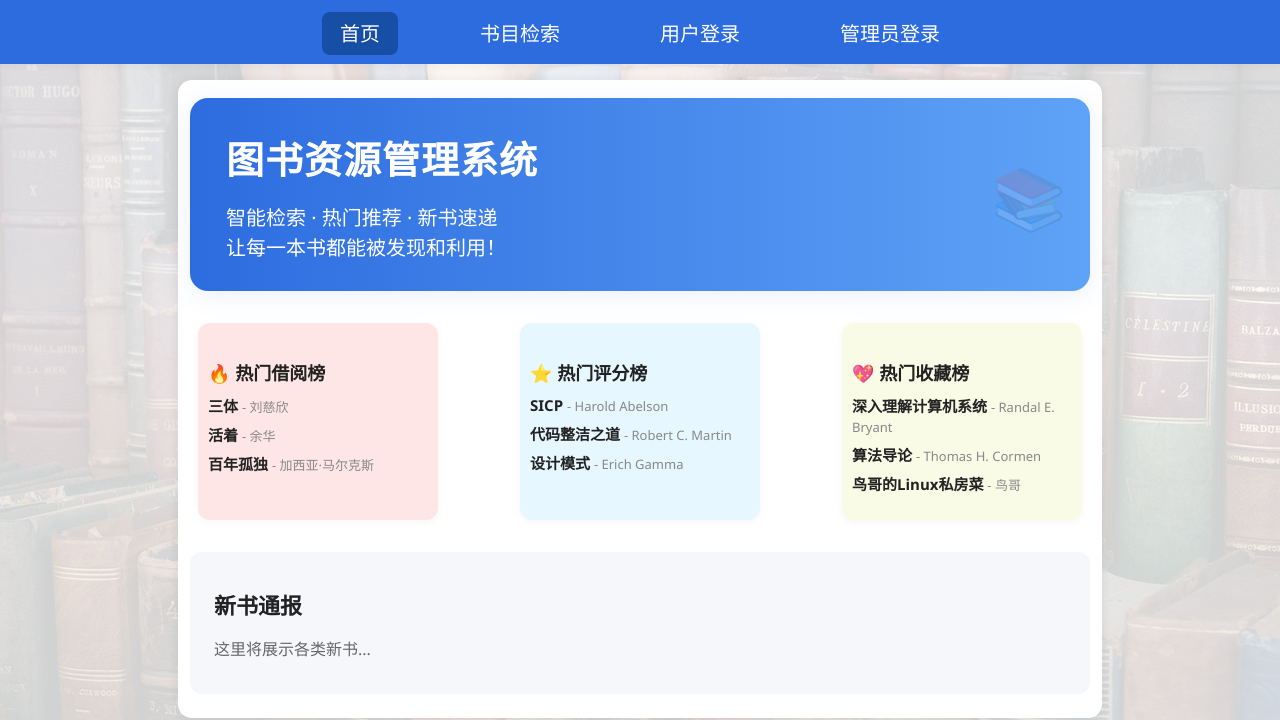
Repository: MercuryRandom/Library-Resource-Management-System
Page: / (app in frontend/)
An editor plug-in stored every save of this project. The page is shown before and after the next save, followed by the edit.
The browser window is 1280 px wide. The pictures show the whole page.
The page's requests for data from a server got no answer. The project was rebuilt for these pictures with package versions that can differ from the ones it lists, and the page was loaded fresh each time. No one was signed in, and anything a server would have sent is missing. Also part of the build but not shown: frontend/vite.config.js, frontend/src/pages/SearchPage.jsx, frontend/src/pages/LoginPage.jsx, frontend/src/pages/RegisterPage.jsx, frontend/src/pages/UserLibraryPage.jsx, frontend/src/pages/AdminLoginPage.jsx, frontend/src/pages/admin/ReaderManagementPage.jsx, frontend/src/pages/admin/BookManagementPage.jsx and 1 more.

Above is the page before, as saved 2025-06-27 20:38:20.

### frontend/index.html
<!DOCTYPE html>
<html lang="zh-CN">

<head>
  <meta charset="UTF-8" />
  <link rel="icon" type="image/svg+xml" href="/vite.svg" />
  <meta name="viewport" content="width=device-width, initial-scale=1.0" />
  <title>图书管理系统</title>
</head>

<body>
  <div id="root"></div>
  <script type="module" src="/src/main.jsx"></script>
</body>

</html>

### frontend/src/App.jsx
import { BrowserRouter as Router, Routes, Route, useNavigate } from 'react-router-dom';
import MainLayout from './layout/MainLayout';
import HomePage from './pages/HomePage';
import SearchPage from './pages/SearchPage';
import LoginPage from './pages/LoginPage';
import RegisterPage from './pages/RegisterPage';
import UserLibraryPage from './pages/UserLibraryPage';
import AdminLoginPage from './pages/AdminLoginPage';
import AdminPage from './pages/AdminPage';
import ReaderManagementPage from './pages/admin/ReaderManagementPage';
import BookManagementPage from './pages/admin/BookManagementPage';
import BorrowManagementPage from './pages/admin/BorrowManagementPage';
import './App.css';

function App() {
  return (
    <Router>
      <Routes>
        <Route path="/" element={<MainLayout />}>
          <Route index element={<HomePage />} />
          <Route path="search" element={<SearchPage />} />
          <Route path="login" element={<LoginPage />} />
          <Route path="register" element={<RegisterPage />} />
          <Route path="library" element={<UserLibraryPage />} />
          <Route path="admin-login" element={<AdminLoginPage />} />
          <Route path="admin" element={<AdminPage />}>
            <Route path="readers" element={<ReaderManagementPage />} />
            <Route path="books" element={<BookManagementPage />} />
            <Route path="borrowing" element={<BorrowManagementPage />} />
          </Route>
        </Route>
      </Routes>
    </Router>
  );
}

export default App;

### frontend/src/layout/MainLayout.jsx
import React from 'react';
import { Outlet, NavLink } from 'react-router-dom';

const MainLayout = () => {
  return (
    <div>
      <nav>
        <ul>
          <li>
            <NavLink to="/" end className={({ isActive }) => isActive ? 'active' : ''}>首页</NavLink>
          </li>
          <li>
            <NavLink to="/search" className={({ isActive }) => isActive ? 'active' : ''}>书目检索</NavLink>
          </li>
          <li>
            <NavLink to="/login" className={({ isActive }) => isActive ? 'active' : ''}>用户登录</NavLink>
          </li>
          <li>
            <NavLink to="/admin-login" className={({ isActive }) => isActive ? 'active' : ''}>管理员登录</NavLink>
          </li>
        </ul>
      </nav>
      <hr style={{ border: 'none', margin: 0 }} />
      <main>
        <Outlet />
      </main>
    </div>
  );
};

export default MainLayout;

### frontend/src/pages/HomePage.jsx
import React from 'react';

const HomePage = () => {
  // 假设这些是-从后端获取的数据
  const popularBorrowings = [
    { id: 1, title: '三体', author: '刘慈欣' },
    { id: 2, title: '活着', author: '余华' },
    { id: 3, title: '百年孤独', author: '加西亚·马尔克斯' },
  ];

  const popularRatings = [
    { id: 1, title: 'SICP', author: 'Harold Abelson' },
    { id: 2, title: '代码整洁之道', author: 'Robert C. Martin' },
    { id: 3, title: '设计模式', author: 'Erich Gamma' },
  ];

  const popularCollections = [
    { id: 1, title: '深入理解计算机系统', author: 'Randal E. Bryant' },
    { id: 2, title: '算法导论', author: 'Thomas H. Cormen' },
    { id: 3, title: '鸟哥的Linux私房菜', author: '鸟哥' },
  ];

  return (
    <div style={{ maxWidth: 900, margin: '0 auto' }}>
      <div style={{
        background: 'linear-gradient(90deg, #2d6cdf 0%, #5ea3f7 100%)',
        color: '#fff',
        borderRadius: '18px',
        padding: '32px 24px 28px 36px',
        marginBottom: 32,
        boxShadow: '0 4px 24px rgba(45,108,223,0.10)',
        display: 'flex',
        alignItems: 'center',
        gap: 24
      }}>
        <div style={{ flex: 1 }}>
          <h1 style={{ fontSize: 38, fontWeight: 800, margin: 0, letterSpacing: 1 }}>图书资源管理系统</h1>
          <p style={{ fontSize: 20, margin: '18px 0 0 0', lineHeight: 1.5 }}>
            智能检索 · 热门推荐 · 新书速递<br />
            让每一本书都能被发现和利用！
          </p>
        </div>
        <div style={{ fontSize: 60, opacity: 0.13, userSelect: 'none' }}>📚</div>
      </div>

      <div style={{ display: 'flex', justifyContent: 'space-between', gap: 18, marginBottom: 32 }}>
        <RecommendationList title="热门借阅榜" icon="🔥" books={popularBorrowings} color="#ffe6e6" />
        <RecommendationList title="热门评分榜" icon="⭐" books={popularRatings} color="#e6f7ff" />
        <RecommendationList title="热门收藏榜" icon="💖" books={popularCollections} color="#f9fbe7" />
      </div>

      <div style={{ marginTop: '24px', background: '#f5f7fb', borderRadius: 12, padding: '18px 24px' }}>
        <h2 style={{ fontSize: 22, marginBottom: 10 }}>新书通报</h2>
        <p style={{ color: '#666', fontSize: 16 }}>这里将展示各类新书...</p>
      </div>
    </div>
  );
};

// 一个可重用的列表组件
const RecommendationList = ({ title, icon, books, color }) => (
  <div className="card-hover" style={{ background: color, borderRadius: 12, padding: '18px 10px', width: '32%', boxShadow: '0 2px 8px rgba(0,0,0,0.04)', transition: 'box-shadow 0.25s, transform 0.25s', minWidth: 0 }}>
    <h3 style={{ fontSize: 18, marginBottom: 10 }}>{icon} {title}</h3>
    <ul style={{ padding: 0, margin: 0, listStyle: 'none', fontSize: 15 }}>
      {books.map(book => (
        <li key={book.id} style={{ marginBottom: 8 }}>
          <strong>{book.title}</strong> <span style={{ color: '#888', fontSize: 13 }}>- {book.author}</span>
        </li>
      ))}
    </ul>
  </div>
);

export default HomePage;

### frontend/src/pages/AdminPage.jsx
import React, { useState } from 'react';
import { useNavigate, Outlet } from 'react-router-dom';

const adminFeatures = [
  { key: 'readers', path: 'readers', title: '读者管理', desc: '添加、修改、删除读者信息', icon: '👤' },
  { key: 'books', path: 'books', title: '图书管理', desc: '添加、修改、删除书目信息', icon: '📚' },
  { key: 'borrowing', path: 'borrowing', title: '借还管理', desc: '借书和还书操作', icon: '🔄' },
];

const featureContent = {
  readers: <div style={{ fontSize: 16, marginTop: 16 }}>这里是读者管理功能（示例内容）。</div>,
  books: <div style={{ fontSize: 16, marginTop: 16 }}>这里是图书管理功能（示例内容）。</div>,
  borrowing: <div style={{ fontSize: 16, marginTop: 16 }}>这里是借还管理功能（示例内容）。</div>,
};

const AdminPage = () => {
  const [selected, setSelected] = useState('readers');
  const navigate = useNavigate();
  return (
    <div style={{ maxWidth: 900, margin: '0 auto' }}>
      <h2 style={{ fontSize: 24, marginBottom: 18, textAlign: 'center' }}>管理员功能</h2>
      <div style={{ display: 'flex', justifyContent: 'space-between', gap: 18, marginBottom: 18 }}>
        {adminFeatures.map(f => (
          <div
            key={f.key}
            className="card-hover"
            style={{ flex: 1, background: selected === f.key ? '#e3eafc' : '#f5f7fb', borderRadius: 12, boxShadow: '0 2px 8px rgba(0,0,0,0.04)', padding: '18px 8px', textAlign: 'center', minWidth: 0, maxWidth: 220, margin: '0 8px', cursor: 'pointer', fontSize: 15, border: selected === f.key ? '2px solid #2d6cdf' : '2px solid transparent', fontWeight: 600, transition: 'all 0.2s' }}
            onClick={() => { setSelected(f.key); navigate(f.path); }}
          >
            <div style={{ fontSize: 28, marginBottom: 10 }}>{f.icon}</div>
            <div style={{ fontSize: 16, fontWeight: 700, marginBottom: 6 }}>{f.title}</div>
            <div style={{ color: '#666', fontSize: 13 }}>{f.desc}</div>
          </div>
        ))}
      </div>
      <div>{featureContent[selected]}</div>
      <div style={{ marginTop: 18 }}>
        <Outlet />
      </div>
    </div>
  );
};

export default AdminPage;

### frontend/src/App.css
body {
  margin: 0;
  padding: 0;
  font-family: 'Segoe UI', 'Arial', sans-serif;
  background: url('/image.png') no-repeat center center fixed;
  background-size: cover;
  color: #222;
  font-size: 18px;
  position: relative;
}

body::before {
  content: '';
  position: fixed;
  left: 0;
  top: 0;
  right: 0;
  bottom: 0;
  background: rgba(255, 255, 255, 0.82);
  /* 可调整透明度和颜色 */
  z-index: 0;
  pointer-events: none;
}

#root {
  min-height: 100vh;
  display: flex;
  flex-direction: column;
  position: relative;
  z-index: 1;
}

nav {
  background: #2d6cdf;
  padding: 0 0;
  box-shadow: 0 2px 8px rgba(0, 0, 0, 0.04);
}

nav ul {
  display: flex;
  justify-content: center;
  align-items: center;
  margin: 0;
  padding: 0;
  list-style: none;
  height: 64px;
}

nav ul li {
  margin: 0 32px;
}

nav ul li a {
  color: #fff;
  text-decoration: none;
  font-size: 20px;
  font-weight: 500;
  padding: 8px 18px;
  border-radius: 8px;
  transition: background 0.2s;
}

nav ul li a:hover,
nav ul li a.active {
  background: #174ea6;
}

main {
  flex: 1;
  max-width: 900px;
  margin: 16px auto 0 auto;
  background: #fff;
  border-radius: 14px;
  box-shadow: 0 2px 12px rgba(0, 0, 0, 0.08);
  padding: 18px 12px 24px 12px;
  font-size: 1em;
}

/* 登录/注册卡片样式 */
.form-card {
  max-width: 320px;
  margin: 24px auto;
  padding: 18px 12px 12px 12px;
  background: #f5f7fb;
  border-radius: 10px;
  box-shadow: 0 2px 16px rgba(0, 0, 0, 0.08);
}

.form-card h2 {
  text-align: center;
  margin-bottom: 14px;
  font-size: 1.3em;
}

.form-card label {
  font-size: 1em;
  margin-bottom: 8px;
}

.form-card input,
.form-card select {
  width: 100%;
  padding: 7px;
  font-size: 1em;
  border: 1px solid #bfc8e0;
  border-radius: 5px;
  margin-bottom: 10px;
  background: #fff;
  box-sizing: border-box;
}

.form-card button {
  width: 100%;
  padding: 8px;
  font-size: 1em;
  background: #2d6cdf;
  color: #fff;
  border: none;
  border-radius: 5px;
  margin-top: 8px;
  cursor: pointer;
  transition: background 0.2s;
}

.form-card button:hover {
  background: #174ea6;
}

.form-card .form-link {
  display: block;
  text-align: right;
  margin-top: 12px;
  color: #2d6cdf;
  text-decoration: underline;
  cursor: pointer;
  font-size: 1em;
}

@media (max-width: 900px) {
  main {
    max-width: 98vw;
    padding: 8px 2vw;
  }

  nav ul li {
    margin: 0 8px;
  }

  nav ul li a {
    font-size: 16px;
    padding: 6px 8px;
  }

  .form-card {
    padding: 8px 2px 8px 2px;
  }
}

.logo {
  height: 6em;
  padding: 1.5em;
  will-change: filter;
  transition: filter 300ms;
}

.logo:hover {
  filter: drop-shadow(0 0 2em #646cffaa);
}

.logo.react:hover {
  filter: drop-shadow(0 0 2em #61dafbaa);
}

@keyframes logo-spin {
  from {
    transform: rotate(0deg);
  }

  to {
    transform: rotate(360deg);
  }
}

@media (prefers-reduced-motion: no-preference) {
  a:nth-of-type(2) .logo {
    animation: logo-spin infinite 20s linear;
  }
}

.card {
  padding: 2em;
}

.read-the-docs {
  color: #888;
}

.card-hover {
  transition: box-shadow 0.25s, transform 0.25s;
  box-shadow: 0 2px 12px rgba(0, 0, 0, 0.04);
  font-size: 0.95em;
  padding: 14px 6px;
  border-radius: 10px;
  min-width: 160px;
  max-width: 220px;
  margin: 0 8px;
}

.card-hover:hover {
  box-shadow: 0 8px 32px rgba(45, 108, 223, 0.18);
  transform: translateY(-10px) scale(1.03);
  z-index: 2;
}

Loaded but not shown: frontend/src/main.jsx (common file)

After the next save:
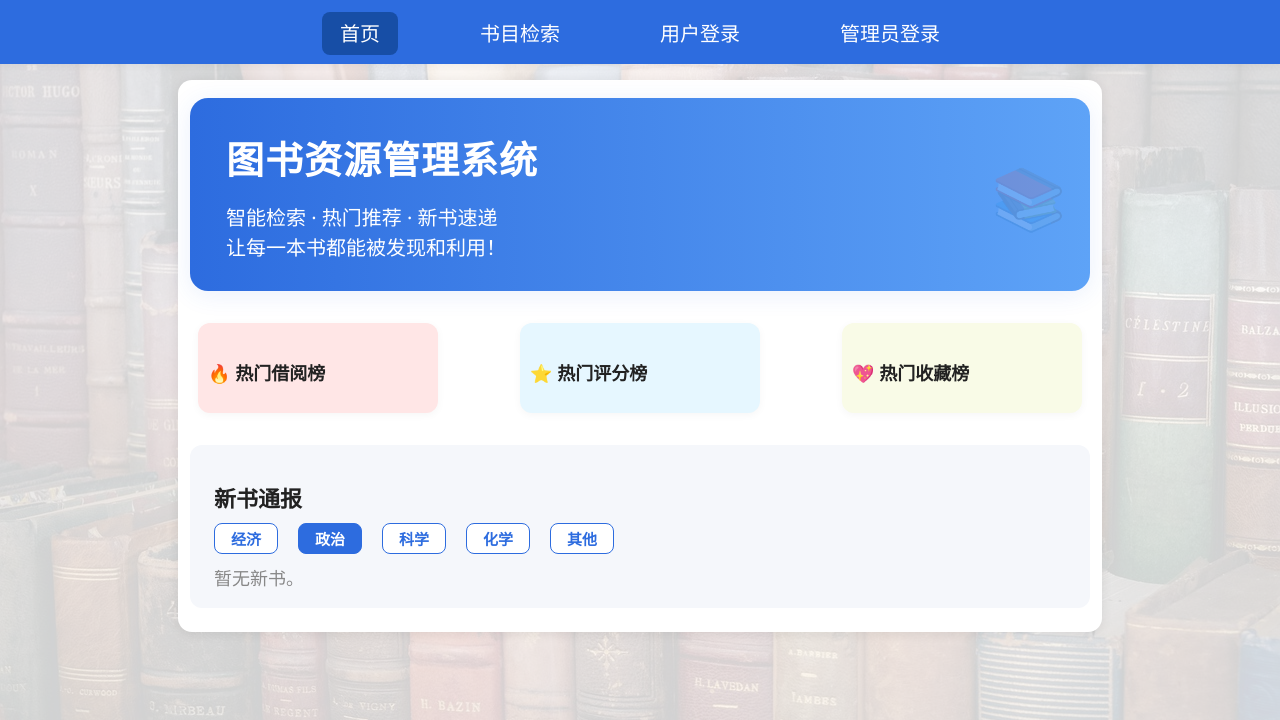
Saved 8 s later.
--- a/frontend/src/pages/HomePage.jsx
+++ b/frontend/src/pages/HomePage.jsx
@@ -1,24 +1,39 @@
-import React from 'react';
+import React, { useEffect, useState, useRef } from 'react';
+
+const CATEGORY_LABELS = {
+  '经济': '经济',
+  '政治': '政治',
+  '科学': '科学',
+  '化学': '化学',
+  '其他': '其他',
+};
 
 const HomePage = () => {
-  // 假设这些是-从后端获取的数据
-  const popularBorrowings = [
-    { id: 1, title: '三体', author: '刘慈欣' },
-    { id: 2, title: '活着', author: '余华' },
-    { id: 3, title: '百年孤独', author: '加西亚·马尔克斯' },
-  ];
+  const [popularBorrow, setPopularBorrow] = useState([]);
+  const [popularRating, setPopularRating] = useState([]);
+  const [popularCollect, setPopularCollect] = useState([]);
+  const [newBooks, setNewBooks] = useState({});
+  const [category, setCategory] = useState('经济');
+  const timerRef = useRef();
 
-  const popularRatings = [
-    { id: 1, title: 'SICP', author: 'Harold Abelson' },
-    { id: 2, title: '代码整洁之道', author: 'Robert C. Martin' },
-    { id: 3, title: '设计模式', author: 'Erich Gamma' },
-  ];
+  useEffect(() => {
+    fetch('http://localhost:4001/api/recommend/popular-borrow').then(r => r.json()).then(setPopularBorrow);
+    fetch('http://localhost:4001/api/recommend/popular-rating').then(r => r.json()).then(setPopularRating);
+    fetch('http://localhost:4001/api/recommend/popular-collect').then(r => r.json()).then(setPopularCollect);
+    fetch('http://localhost:4001/api/recommend/new-books').then(r => r.json()).then(setNewBooks);
+  }, []);
 
-  const popularCollections = [
-    { id: 1, title: '深入理解计算机系统', author: 'Randal E. Bryant' },
-    { id: 2, title: '算法导论', author: 'Thomas H. Cormen' },
-    { id: 3, title: '鸟哥的Linux私房菜', author: '鸟哥' },
-  ];
+  // 自动轮播分类
+  useEffect(() => {
+    timerRef.current && clearInterval(timerRef.current);
+    const cats = Object.keys(CATEGORY_LABELS);
+    let idx = cats.indexOf(category);
+    timerRef.current = setInterval(() => {
+      idx = (idx + 1) % cats.length;
+      setCategory(cats[idx]);
+    }, 4000);
+    return () => clearInterval(timerRef.current);
+  }, [category]);
 
   return (
     <div style={{ maxWidth: 900, margin: '0 auto' }}>
@@ -44,27 +59,59 @@ const HomePage = () => {
       </div>
 
       <div style={{ display: 'flex', justifyContent: 'space-between', gap: 18, marginBottom: 32 }}>
-        <RecommendationList title="热门借阅榜" icon="🔥" books={popularBorrowings} color="#ffe6e6" />
-        <RecommendationList title="热门评分榜" icon="⭐" books={popularRatings} color="#e6f7ff" />
-        <RecommendationList title="热门收藏榜" icon="💖" books={popularCollections} color="#f9fbe7" />
+        <RecommendationList title="热门借阅榜" icon="🔥" books={popularBorrow} color="#ffe6e6" type="borrow" />
+        <RecommendationList title="热门评分榜" icon="⭐" books={popularRating} color="#e6f7ff" type="rating" />
+        <RecommendationList title="热门收藏榜" icon="💖" books={popularCollect} color="#f9fbe7" type="collect" />
       </div>
 
       <div style={{ marginTop: '24px', background: '#f5f7fb', borderRadius: 12, padding: '18px 24px' }}>
         <h2 style={{ fontSize: 22, marginBottom: 10 }}>新书通报</h2>
-        <p style={{ color: '#666', fontSize: 16 }}>这里将展示各类新书...</p>
+        <div style={{ display: 'flex', gap: 16, alignItems: 'center', marginBottom: 10 }}>
+          {Object.keys(CATEGORY_LABELS).map(cat => (
+            <button key={cat} onClick={() => setCategory(cat)} style={{
+              background: cat === category ? '#2d6cdf' : '#fff',
+              color: cat === category ? '#fff' : '#2d6cdf',
+              border: '1.5px solid #2d6cdf',
+              borderRadius: 8,
+              padding: '4px 16px',
+              fontWeight: 600,
+              fontSize: 15,
+              cursor: 'pointer',
+              marginRight: 4
+            }}>{CATEGORY_LABELS[cat]}</button>
+          ))}
+        </div>
+        <div>
+          {(newBooks[category] || []).length === 0 ? <div style={{ color: '#888' }}>暂无新书。</div> : (
+            <ul style={{ padding: 0, margin: 0, listStyle: 'none', display: 'flex', gap: 18 }}>
+              {newBooks[category].map(book => (
+                <li key={book.book_id} style={{ background: '#fff', borderRadius: 8, boxShadow: '0 2px 8px #0001', padding: 16, minWidth: 160 }}>
+                  <div style={{ fontWeight: 700, fontSize: 16 }}>{book.title}</div>
+                  <div style={{ color: '#888', fontSize: 14, margin: '6px 0' }}>{book.author}</div>
+                  <div style={{ fontSize: 13 }}>ISBN: {book.book_id}</div>
+                  <div style={{ fontSize: 13 }}>出版: {book.publisher}</div>
+                  <div style={{ fontSize: 13 }}>出版日期: {book.publication_date ? book.publication_date.slice(0, 10) : ''}</div>
+                </li>
+              ))}
+            </ul>
+          )}
+        </div>
       </div>
     </div>
   );
 };
 
-// 一个可重用的列表组件
-const RecommendationList = ({ title, icon, books, color }) => (
+// 可重用榜单组件
+const RecommendationList = ({ title, icon, books, color, type }) => (
   <div className="card-hover" style={{ background: color, borderRadius: 12, padding: '18px 10px', width: '32%', boxShadow: '0 2px 8px rgba(0,0,0,0.04)', transition: 'box-shadow 0.25s, transform 0.25s', minWidth: 0 }}>
     <h3 style={{ fontSize: 18, marginBottom: 10 }}>{icon} {title}</h3>
     <ul style={{ padding: 0, margin: 0, listStyle: 'none', fontSize: 15 }}>
       {books.map(book => (
-        <li key={book.id} style={{ marginBottom: 8 }}>
+        <li key={book.book_id || book.id} style={{ marginBottom: 8 }}>
           <strong>{book.title}</strong> <span style={{ color: '#888', fontSize: 13 }}>- {book.author}</span>
+          {type === 'borrow' && <span style={{ color: '#e67e22', marginLeft: 8 }}>借阅 {book.borrow_count || 0} 次</span>}
+          {type === 'rating' && <span style={{ color: '#f7b500', marginLeft: 8 }}>评分 {book.rating || 0} 分</span>}
+          {type === 'collect' && <span style={{ color: '#2d6cdf', marginLeft: 8 }}>收藏 {book.collect_count || 0} 次</span>}
         </li>
       ))}
     </ul>
